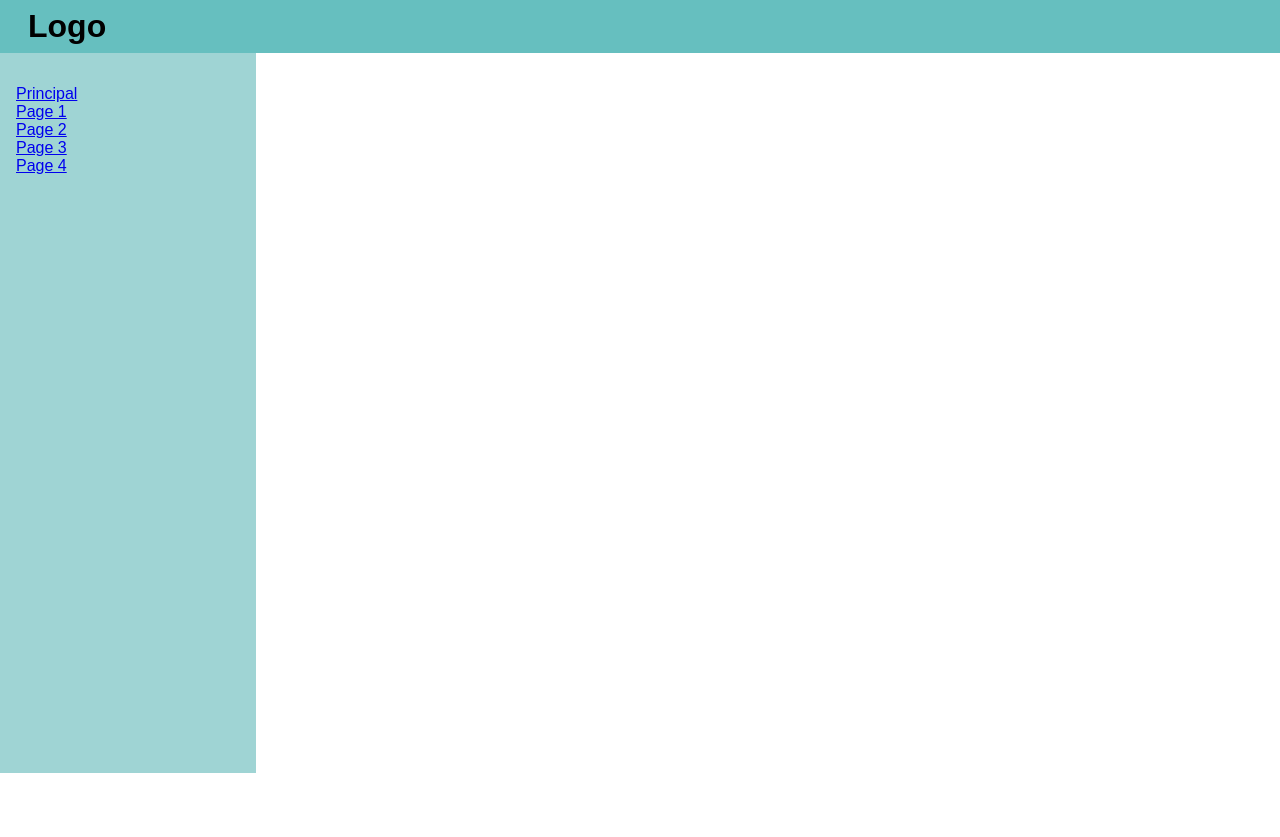
Repository: mateus-henrique-silva/Dashboard-pixel-facebook-react
Page: / (app in dashboard-pixel/)
The author's editor kept a copy of each file at every save. The page is drawn from the files as they stood at one save, then again after the next save.
The browser window is 1280 px wide. The pictures show the whole page.
The project was rebuilt for these pictures with package versions that can differ from the ones it lists, and the page was loaded fresh each time.

Above is the page before, as saved 2022-07-07 17:40:59.

### dashboard-pixel/src/index.js
import React from "react";
import ReactDOM from "react-dom/client";

import App from "./App";
import reportWebVitals from "./reportWebVitals";

const root = ReactDOM.createRoot(document.getElementById("root"));
root.render(
  <React.StrictMode>
    <App />
  </React.StrictMode>
);

reportWebVitals();

### dashboard-pixel/src/App.jsx
import React from "react";
import Main from "./Components/MainPage/Main";



function App() {
  return (
    <div >
        <Main/>


    </div>
  );
}

export default App;

### dashboard-pixel/src/Components/MainPage/Main.jsx
import React from 'react'
import './Main.css'
import Header from '../Header/Header'
import SideBar from "../SideBar/SideBar"

const Main = () => {
  return (
    <div className="Main">
        <Header/>
        <SideBar/>
    </div>
  )
}

export default Main

### dashboard-pixel/src/Components/MainPage/Main.css
* {
  border: 0;
  margin: 0;
  font-family: sans-serif;
}

.Main {
  width: 100%;
  height: 100vh;
}
.startHeader{
    width: 100%;
    display: flex;
    justify-content: center;
}

### dashboard-pixel/src/Components/Header/Header.jsx
import React from 'react'
import "./Header.css"

const Header = () => {
  return (
    <div className="startHeader">

        <div className="Header">
            <h1>Logo</h1>
        </div>

    </div>
  )
}

export default Header

### dashboard-pixel/src/Components/SideBar/SideBar.jsx
import React from "react";
import "./SideBar.css";

const SideBar = () => {
  return (
    <div>
      <div className="div-sidebar">
        <div className="Menu-tag">
          <div><a href="#">Principal</a></div>

          <div><a href="#">Page 1</a></div>
          <div><a href="#">Page 2</a></div>
          <div><a href="#">Page 3</a></div>
          <div><a href="#">Page 4</a></div>
        </div>
      </div>
    </div>
  );
};

export default SideBar;

### dashboard-pixel/src/Components/Header/Header.css
.Header{
    width: 99vw;
    padding: 0.5em 0.5em ;
    background-color:#66BFBF;
    display:flex;
    align-items:center;



}

.Header h1{
    margin-left: 20px;
}

### dashboard-pixel/src/Components/SideBar/SideBar.css
.div-sidebar {
  height: 100vh;
  width: 20vw;
  background-color: #9fd4d4;
  display: grid;
}

.Menu-tag {
  height: 100%;
  padding: 2em 1em;
}

.Menu-tag div {
  margin: 0;
}

Loaded but not shown: dashboard-pixel/public/index.html (common file); dashboard-pixel/src/reportWebVitals.js (common file)

After the next save:
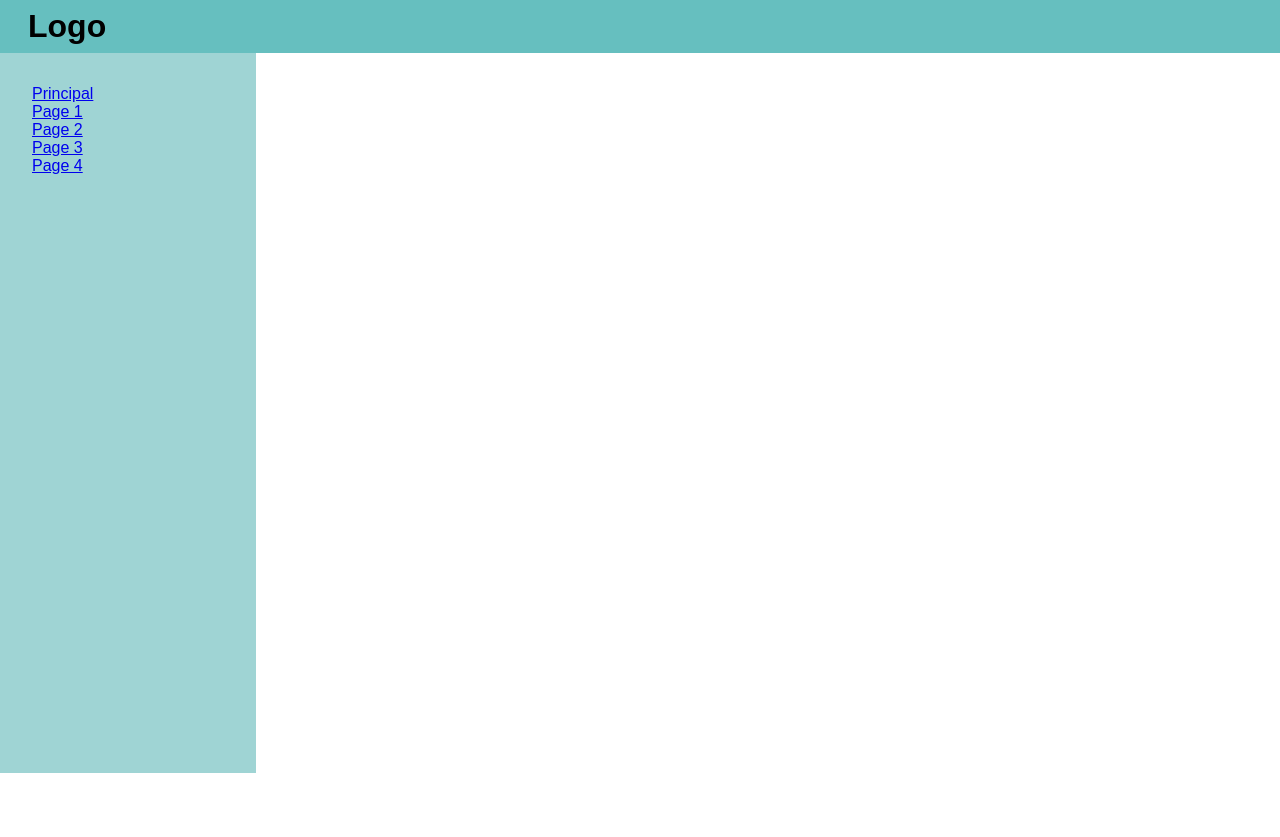
Saved 5 s later.
--- a/dashboard-pixel/src/Components/SideBar/SideBar.css
+++ b/dashboard-pixel/src/Components/SideBar/SideBar.css
@@ -7,7 +7,7 @@
 
 .Menu-tag {
   height: 100%;
-  padding: 2em 1em;
+  padding: 2em 2em;
 }
 
 .Menu-tag div {
